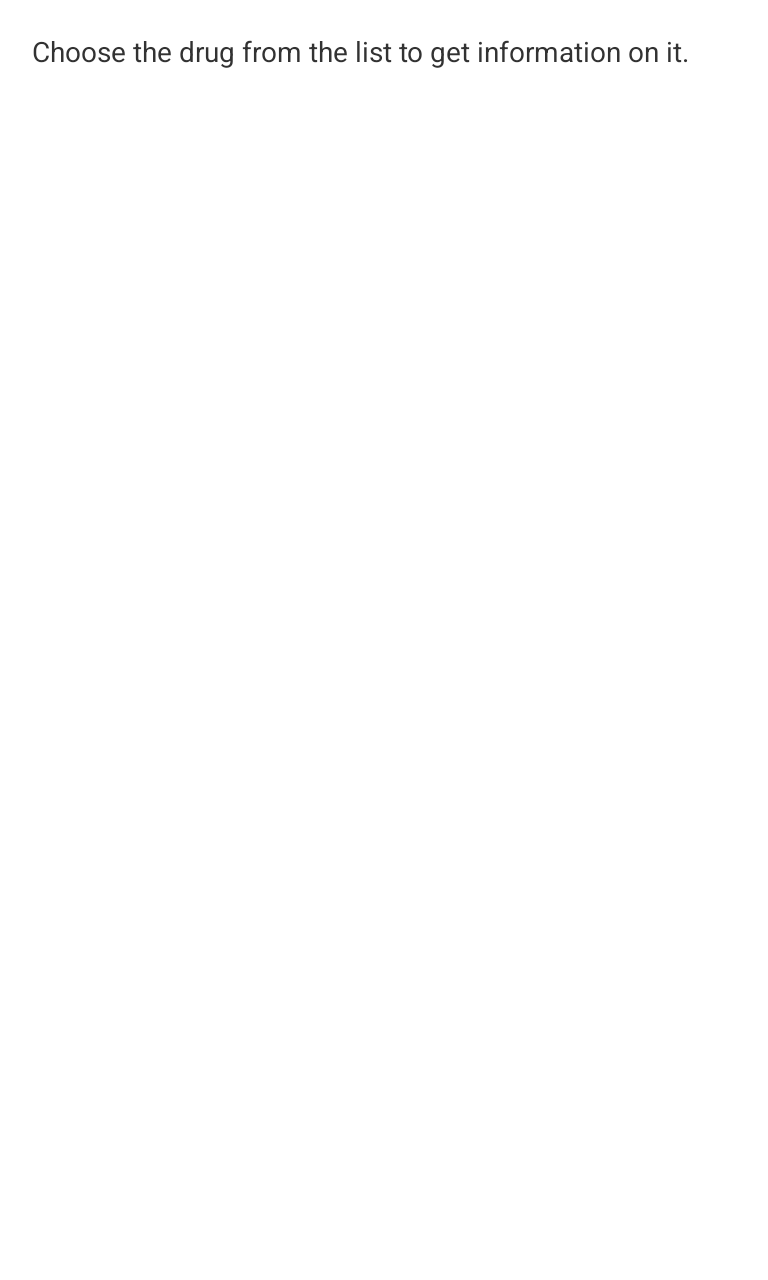
Repository: rosingrr/software-engineering
Layout: app/SympMeds/res/layout/activity_drug_list.xml
An editor plug-in stored every save of this project. The layout is shown before and after the next save, followed by the edit.
It is drawn on a 768 x 1280 px phone screen (xhdpi) without system bars, with theme AppTheme; the app's code is not run.

Above is the layout before, as saved 2013-06-13 03:35:06.

### app/SympMeds/res/layout/activity_drug_list.xml
<RelativeLayout xmlns:android="http://schemas.android.com/apk/res/android"
    xmlns:tools="http://schemas.android.com/tools"
    android:layout_width="match_parent"
    android:layout_height="match_parent"
    android:paddingBottom="@dimen/activity_vertical_margin"
    android:paddingLeft="@dimen/activity_horizontal_margin"
    android:paddingRight="@dimen/activity_horizontal_margin"
    android:paddingTop="@dimen/activity_vertical_margin"
    tools:context=".DrugList" >

    <TextView
        android:layout_width="wrap_content"
        android:layout_height="wrap_content"
        android:text="@string/instructions" />

</RelativeLayout>

### app/SympMeds/res/values/strings.xml
<?xml version="1.0" encoding="utf-8"?>
<resources>

    <string name="app_name">SympMeds</string>
    <string name="action_settings">Settings</string>
    <string name="description">This app allows you to search for medication by the symptom you are experiencing.</string>
    <string name="med_name">enter name of medication</string>
    <string name="search">Search</string>
    <string name="symptom_selector">select the symptom</string>

    <string-array name="symptom_list">
        <item>fevor</item>
        <item>headache</item>
        <item>coughing</item>
        <item>cold</item>
        <item>flu</item>
    </string-array>

    <string name="title_activity_drug_list">DrugList</string>
    <string name="instructions">Choose the drug from the list to get information on it.</string>
    <string name="drug_selector">choose drug</string>
    <string-array name="drug_list">
        <item>demo drug</item>
    </string-array>

</resources>

Loaded but not shown: app/SympMeds/res/values/styles.xml (common file); app/SympMeds/res/values-v11/styles.xml (common file); app/SympMeds/res/values-v14/styles.xml (common file); app/SympMeds/res/values/dimens.xml (common file)

After the next save:
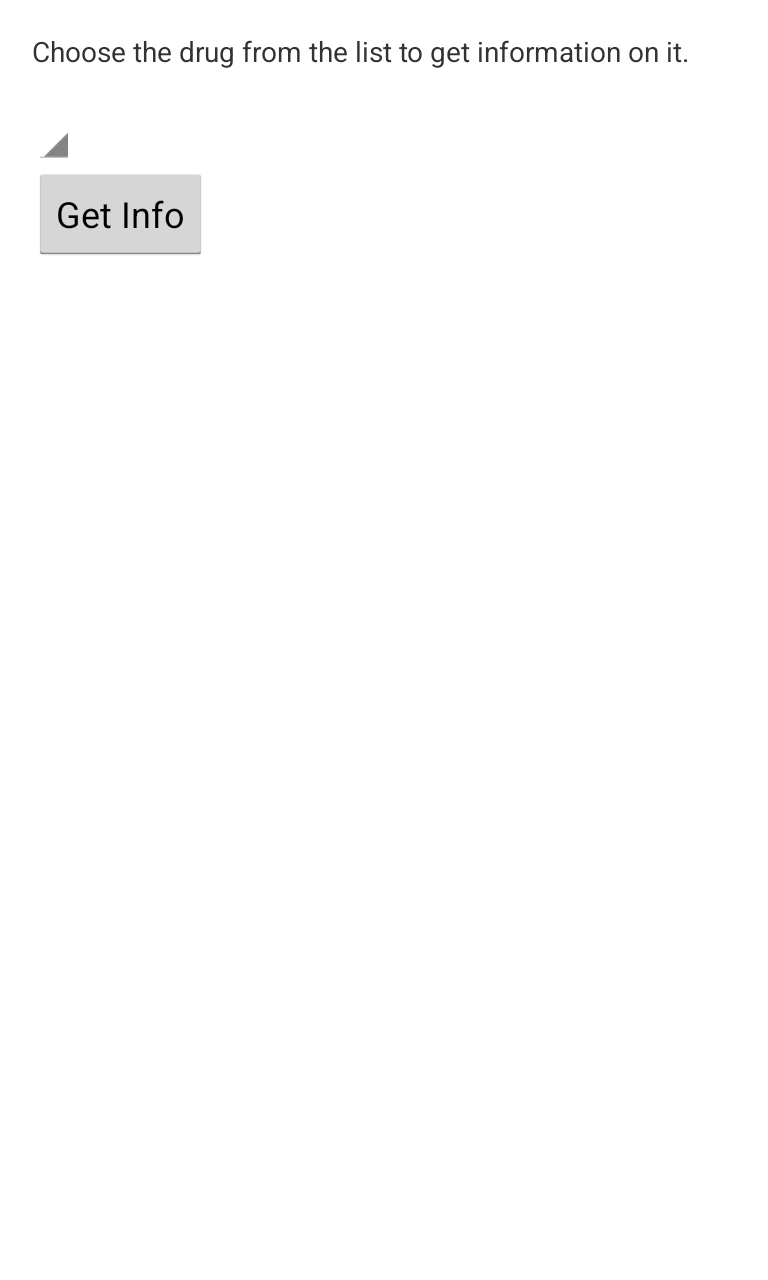
Saved 5 min 23 s later.
--- a/app/SympMeds/res/layout/activity_drug_list.xml
+++ b/app/SympMeds/res/layout/activity_drug_list.xml
@@ -9,8 +9,26 @@
     tools:context=".DrugList" >
 
     <TextView
+        android:id="@+id/textView1"
         android:layout_width="wrap_content"
         android:layout_height="wrap_content"
         android:text="@string/instructions" />
 
+    <Spinner
+        android:id="@+id/spinner1"
+        android:layout_width="wrap_content"
+        android:layout_height="wrap_content"
+        android:layout_alignLeft="@+id/textView1"
+        android:layout_below="@+id/textView1"
+        android:layout_marginTop="16dp" />
+
+    <Button
+        android:id="@+id/button1"
+        android:layout_width="wrap_content"
+        android:layout_height="wrap_content"
+        android:layout_alignLeft="@+id/spinner1"
+        android:layout_below="@+id/spinner1"
+        android:text="@string/get_info"
+        android:onClick="getInfo" />
+
 </RelativeLayout>
--- a/app/SympMeds/res/values/strings.xml
+++ b/app/SympMeds/res/values/strings.xml
@@ -18,6 +18,7 @@
 
     <string name="title_activity_drug_list">DrugList</string>
     <string name="instructions">Choose the drug from the list to get information on it.</string>
+    <string name="get_info">Get Info</string>
     <string name="drug_selector">choose drug</string>
     <string-array name="drug_list">
         <item>demo drug</item>
